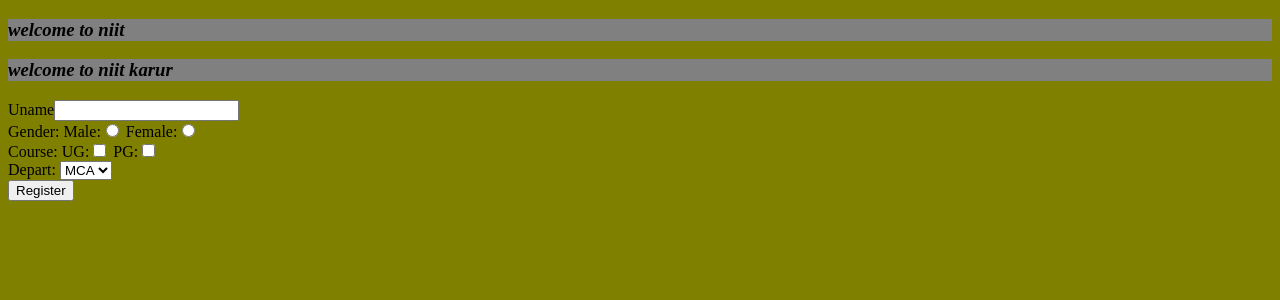
Repository: Karthi-Mano/AdvanceJavaPrograms
Page: BasicHtml/WebContent/RegisterPage.html
These files come from the project's save history. The page is drawn as it stood at one moment and after the next save; the edit follows.
The browser window is 1280 px wide. The pictures show the whole page.

Above is the page before, as saved 2017-09-23 05:56:10.

### BasicHtml/WebContent/RegisterPage.html
<!DOCTYPE html>
<html>
<head>
<meta charset="ISO-8859-1">
<title>Insert title here</title>
<style type="text/css">
 h3
 {
 background-color: gray;
 font-style: italic;
 }
 body {
	background-color: olive;
}
</style>
</head>
<body>
<form>
<h3>welcome to niit</h3>
<h3>welcome to niit karur</h3>
Uname<input type="text"><br>
Gender:
Male:<input type="radio" name="gen">
Female:<input type="radio" name="gen"><br>
Course:
UG:<input type="checkbox">
PG:<input type="checkbox"><br>
Depart:
<select name="course">
<option value="MCA">MCA</option>
<option value="MBA">MBA</option>
</select><br>
<input type="submit" value="Register">
</form>
</body>
</html>

After the next save:
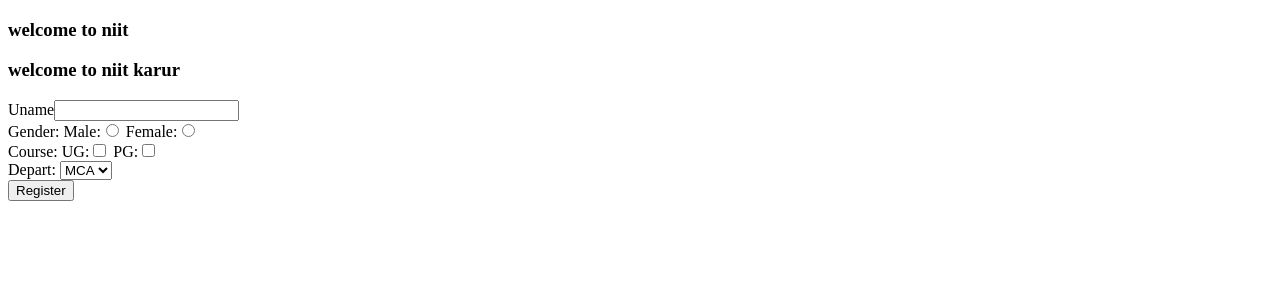
Saved 3 min 51 s later.
--- a/BasicHtml/WebContent/RegisterPage.html
+++ b/BasicHtml/WebContent/RegisterPage.html
@@ -3,16 +3,7 @@
 <head>
 <meta charset="ISO-8859-1">
 <title>Insert title here</title>
-<style type="text/css">
- h3
- {
- background-color: gray;
- font-style: italic;
- }
- body {
-	background-color: olive;
-}
-</style>
+
 </head>
 <body>
 <form>
